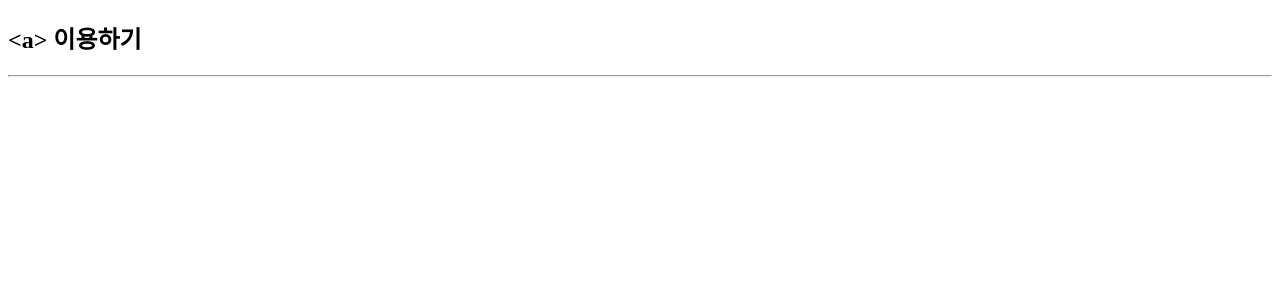
Repository: hyunh84/jsp_study
Page: http://localhost/Day02/j04_href01.jsp
These files come from the project's save history. The page is drawn as it stood at one moment and after the next save; the edit follows.
The browser window is 1280 px wide. The pictures show the whole page.
The page is served by Tomcat 9. Other server files are loaded and not shown.

Above is the page before, as saved 2015-09-06 02:10:17.

### MyWorks/Day02/WebContent/j04_href01.jsp
<%@ page language="java" contentType="text/html; charset=utf-8"
    pageEncoding="utf-8"%>
<!DOCTYPE html>
<html>
<head>
<meta charset="utf-8">
<title>Insert title here</title>
</head>
<body>



	<h2>&lt;a&gt; 이용하기</h2>
	<hr>



</body>
</html>

After the next save:
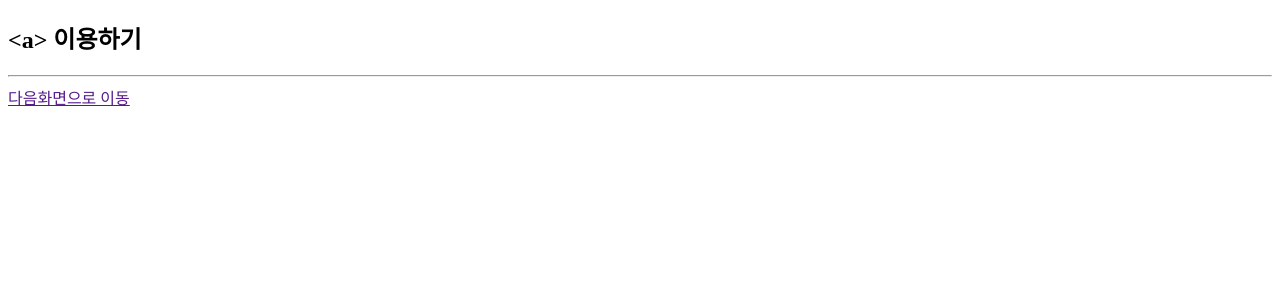
Saved 61 s later.
--- a/MyWorks/Day02/WebContent/j04_href01.jsp
+++ b/MyWorks/Day02/WebContent/j04_href01.jsp
@@ -13,6 +13,16 @@
 	<h2>&lt;a&gt; 이용하기</h2>
 	<hr>
 
+	<%--
+		a태그 : 원하는 페이지 이동 및 파라미터 정보 전송 가능
+
+
+
+
+
+	 --%>
+
+	<a href="">다음화면으로 이동</a>
 
 
 </body>
